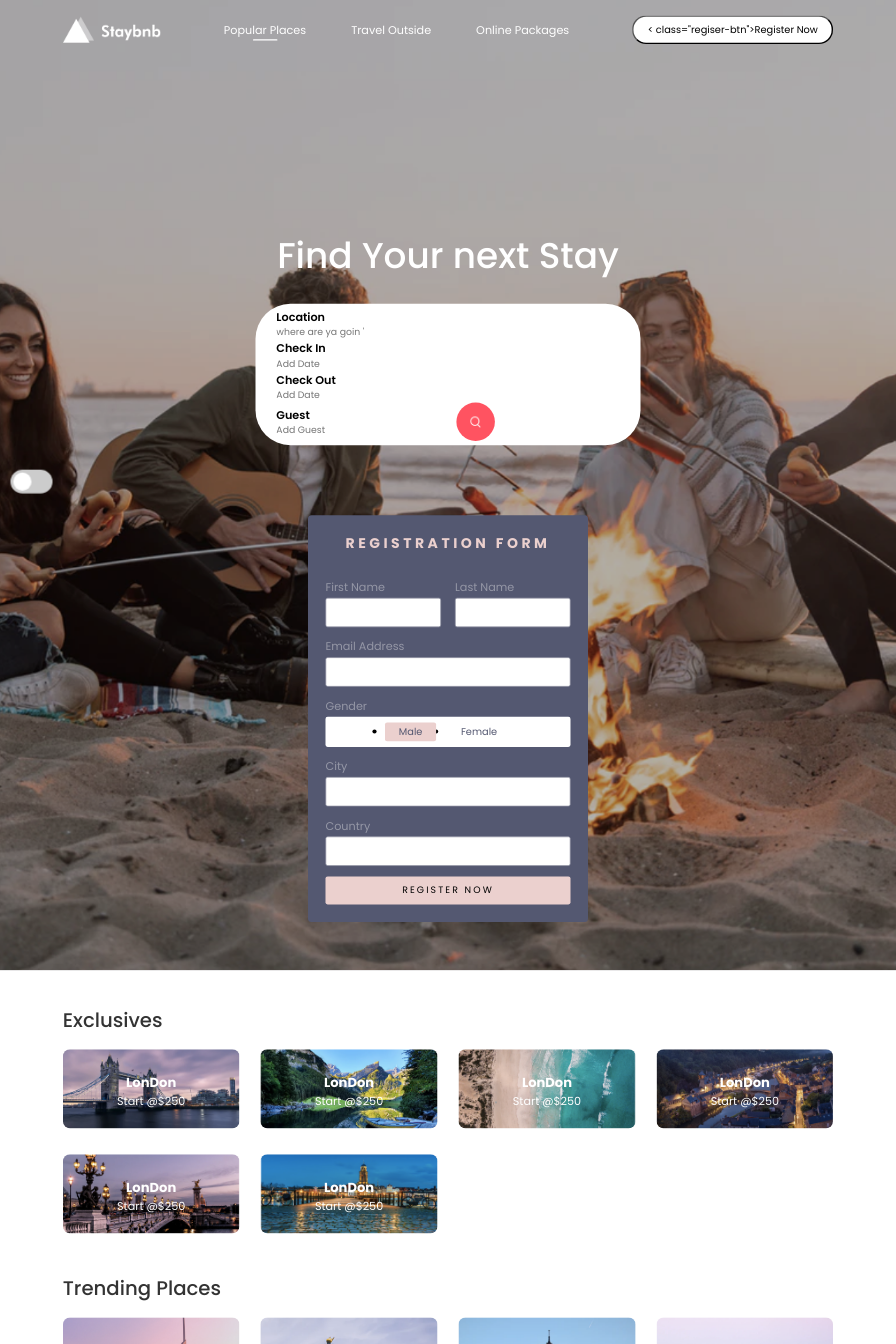
Repository: pinocoding/AirBnB
Page: index.html
These files come from the project's save history. The page is drawn as it stood at one moment and after the next save; the edit follows.
The browser window is 1280 px wide. The pictures show the part of the page from y = 0 to 1920 px (the page is 3707 px tall), at 70% of full size.

Above is the page before, as saved 2022-02-13 11:58:51.
Console error: TypeError: Cannot set properties of null (setting 'onclick')

### index.html
<!DOCTYPE html>
<html lang="en">

<head>
    <meta charset="UTF-8">
    <meta http-equiv="X-UA-Compatible" content="IE=edge">
    <meta name="viewport" content="width=device-width, initial-scale=1.0">
    <link rel="stylesheet" href="https://cdnjs.cloudflare.com/ajax/libs/font-awesome/6.0.0-beta3/css/all.min.css">

    <link rel="stylesheet" href="./style.css">

    <title>AirBnB</title>
</head>

<body>
    <div class="warrper">
        <div class="header">
            <nav id="navBar">
                <img src="./images/logo.png" class="logo" alt="blem">
                <ul class=" nav-links ">
                    <li><a href="./index.html " class="navtag active ">Popular Places</a></li>
                    <li><a href="./house.html " class="navtag ">Travel Outside</a></li>
                    <li><a href="./listing.html " class="navtag ">Online Packages</a></li>
                </ul>
                <button class="regiser-btn">
                   < class="regiser-btn">Register Now

                </button>
                <i class="fas fa-bars menuIcon "></i>
            </nav>
            <div class="container ">
                <h1>
                    Find Your next Stay
                </h1>
                <div class="search-bar ">
                    <form>
                        <div class="location-input ">
                            <label for=" ">Location</label>
                            <input type="text " placeholder="where are ya goin '">
                        </div>
                        <div>
                            <label for="">Check In </label>
                            <input type="text" placeholder="Add Date">
                        </div>
                        <div>
                            <label for="">Check Out</label>
                            <input type="text" placeholder="Add Date">
                        </div>
                        <div>
                            <label for="">Guest</label>
                            <input type="text" placeholder="Add Guest">
                        </div>
                        <button type="submit">
              <img src="./images/search.png" alt="blem" >
            </button>
                    </form>
                </div>


            </div>
            <!-- IMG gallary  -->
            <label class="switch">
                <input type="checkbox">
                <span class="slider round"></span>
              </label>
            <!-- blem blem blem  -->
            <div class="wrapperr form">
                <div class="registration_form">
                    <div class="title">
                        Registration Form
                    </div>

                    <form>
                        <div class="form_wrap">
                            <div class="input_grp">
                                <div class="input_wrap">
                                    <label for="fname">First Name</label>
                                    <input type="text" id="fname">
                                </div>
                                <div class="input_wrap">
                                    <label for="lname">Last Name</label>
                                    <input type="text" id="lname">
                                </div>
                            </div>
                            <div class="input_wrap">
                                <label for="email">Email Address</label>
                                <input type="text" id="email">
                            </div>
                            <div class="input_wrap">
                                <label>Gender</label>
                                <ul>
                                    <li>
                                        <label class="radio_wrap">
                                            <input type="radio" name="gender" value="male" class="input_radio" checked>
                                            <span>Male</span>
                                        </label>
                                    </li>
                                    <li>
                                        <label class="radio_wrap">
                                            <input type="radio" name="gender" value="female" class="input_radio">
                                            <span>Female</span>
                                        </label>
                                    </li>
                                </ul>
                            </div>
                            <div class="input_wrap">
                                <label for="city">City</label>
                                <input type="text" id="city">
                            </div>
                            <div class="input_wrap">
                                <label for="country">Country</label>
                                <input type="text" id="country">
                            </div>
                            <div class="input_wrap">
                                <input type="submit" value="Register Now" class="submit_btn">
                            </div>
                        </div>
                    </form>
                </div>
            </div>

            <!-- blem blem blem  -->


            <!-- ---------Container------ -->

        </div>
        <div class="container">
            <h2 class="sub-title">Exclusives</h2>
            <div class="exclusives">
                <div>
                    <img src="./images/image-1.png" alt="blem">
                    <span>
           <h3>
             LonDon
           </h3>
           <p>
             Start @$250
           </p>
         </span>
                </div>
                <div>
                    <img src="./images/image-2.png" alt="">
                    <span>
          <h3>
            LonDon
          </h3>
          <p>
            Start @$250
          </p>
        </span>
                </div>
                <div>
                    <img src="./images/image-3.png" alt="">
                    <span>
          <h3>
            LonDon
          </h3>
          <p>
            Start @$250
          </p>
        </span>
                </div>
                <div>
                    <img src="./images/image-4.png" alt="">
                    <span>
          <h3>
            LonDon
          </h3>
          <p>
            Start @$250
          </p>
        </span>
                </div>
                <div>
                    <img src="./images/image-5.png" alt="">
                    <span>
          <h3>
            LonDon
          </h3>
          <p>
            Start @$250
          </p>
        </span>
                </div>
                <div>
                    <img src="./images/image-6.png" alt="">
                    <span>
          <h3>
            LonDon
          </h3>
          <p>
            Start @$250
          </p>
        </span>
                </div>
            </div>
            <h2 class="sub-title">
                Trending Places
            </h2>
            <div class="trending">
                <div>
                    <img src="./images/dubai.png" alt="blem">
                    <h3>DuBai</h3>
                </div>
                <div>
                    <img src="./images/new-york.png" alt="blem">
                    <h3>New-York</h3>
                </div>
                <div>
                    <img src="./images/paris.png" alt="blem">
                    <h3>Paris</h3>
                </div>
                <div>
                    <img src="./images/new-delhi.png" alt="blem">
                    <h3>New-delhi</h3>
                </div>
            </div>
            <div class="cta">
                <h3>Sharing <br> is Earning now</h3>
                <p>Great opportunity to make money by <br> Sharing your extra space.</p>
                <a href="#" class="cta-btn">know More </a>
            </div>
            <h2 class="sub-title">
                Traveller Stories
            </h2>
            <div class="stories">
                <div>
                    <img src="./images/story-1.png" alt="#">
                    <p>Popular Euopean countries with a bugget of just $10.000 </p>
                </div>
                <div>
                    <img src="./images/story-2.png" alt="#">
                    <p>Traveled more than 100 Centuries in less thang a year </p>
                </div>
                <div>
                    <img src="./images/story-3.png" alt="#">
                    <p>Best experience you get while traveling to ThaiLand</p>
                </div>

            </div>
            <a href="#" class="start-btn">Start making money</a>
            <div class="about-msg">
                <h2>About StayBnB</h2>
                <p>
                    Lorem ipsum dolor, sit amet consectetur adipisicing elit. Commodi voluptates nostrum quasi, voluptatibus obcaecati delectus? Delectus omnis obcaecati id perferendis suscipit autem nobis. Eum reiciendis placeat minima molestiae ducimus iure! Lorem ipsum
                    dolor sit amet consectetur adipisicing elit. Natus, pariatur. Sapiente vero optio odit, ab voluptatem nobis iusto odio vel quam tempore maxime tenetur esse inventore modi suscipit alias pariatur!
                </p>
                <div class="footer">
                    <a href="https://www.facebook.com/profile.php?id=100018576767734" aria-label="Read more about Seminole tax hike"><i class="fab fa-facebook"></i></a>
                    <a href=""><i class="fab fa-youtube" aria-label="Read more about Seminole tax hike"></i> </a>

                    <a href=""><i class="fab fa-twitter" aria-label="Read more about Seminole tax hike"></i></a>
                    <a href=""><i class="fab fa-instagram" aria-label="Read more about Seminole tax hike"></i></a>
                    <a href=""><i class="fab fa-tiktok" aria-label="Read more about Seminole tax hike"></i></a>

                    <hr>
                    <p>Copyright @ 2021, Easy Tutorials.</p>
                </div>
            </div>

            <!--  -->

        </div>


    </div>
    <!-- header -->
</body>
<script src="./function.js"></script>

</html>

Loaded but not shown: function.js (26 lines, source omitted); style.css (1040 lines, source omitted)

After the next save:
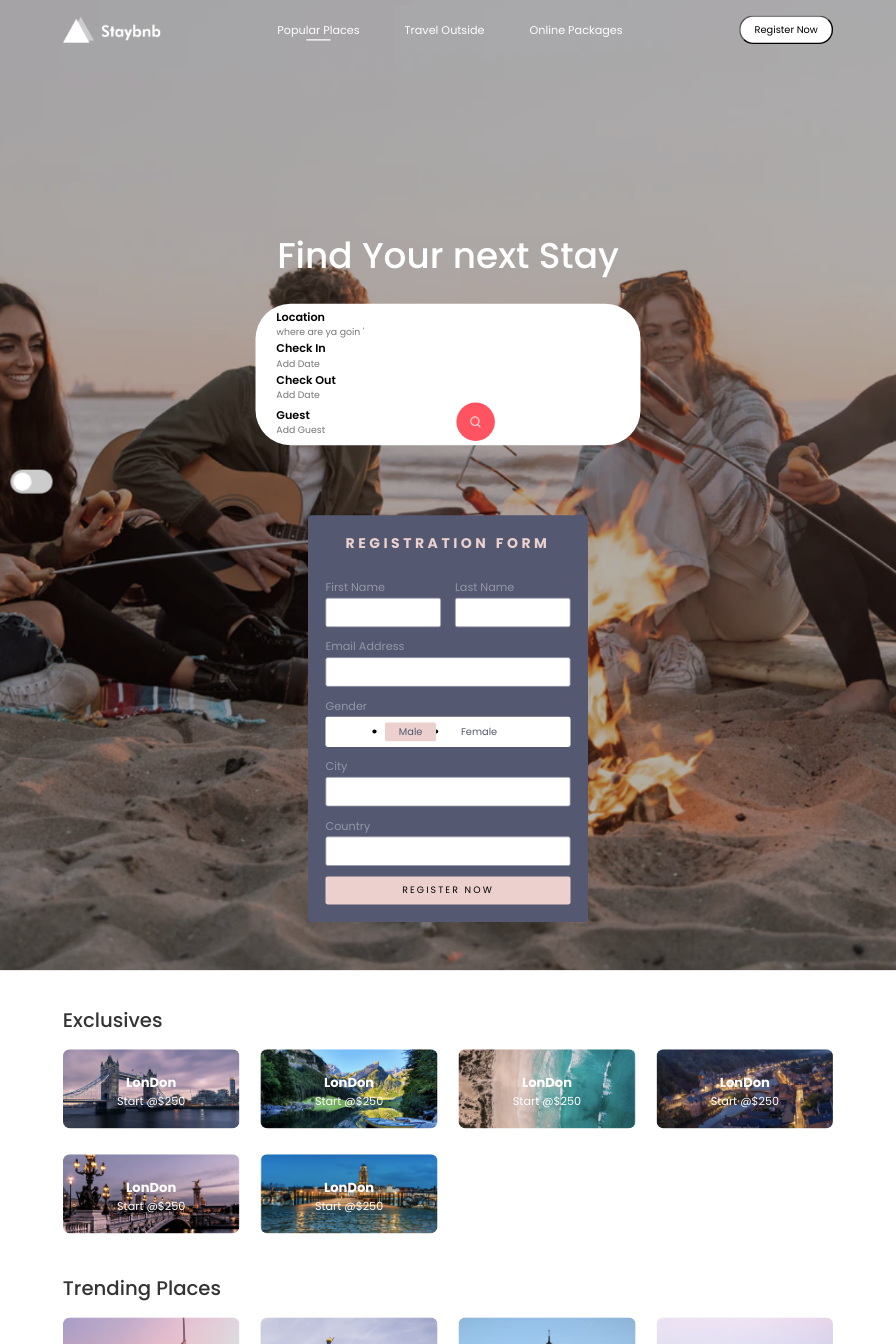
Saved 9 s later.
--- a/index.html
+++ b/index.html
@@ -23,7 +23,7 @@
                     <li><a href="./listing.html " class="navtag ">Online Packages</a></li>
                 </ul>
                 <button class="regiser-btn">
-                   < class="regiser-btn">Register Now
+                   Register Now
 
                 </button>
                 <i class="fas fa-bars menuIcon "></i>
